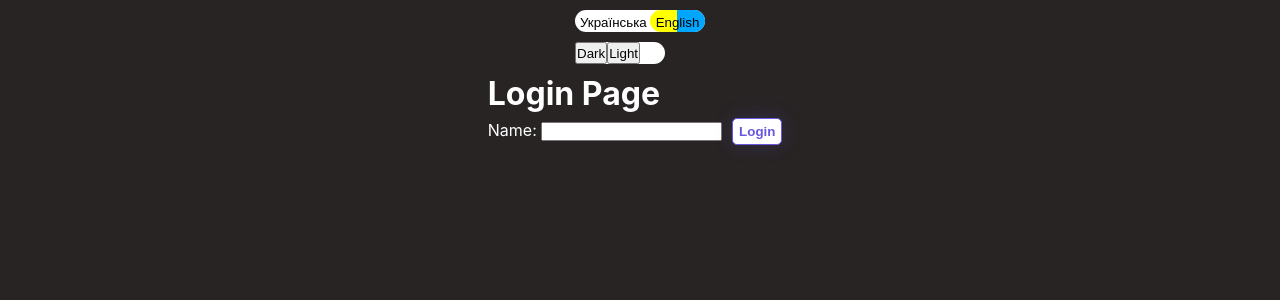
Repository: Novoselets28/star-wars-hooks
Page: /people
These files come from the project's save history. The page is drawn as it stood at one moment and after the next save; the edit follows.
The browser window is 1280 px wide. The pictures show the whole page.
The project was rebuilt for these pictures with package versions that can differ from the ones it lists, and the page was loaded fresh each time. Also part of the build but not shown: src/components/HomePage.jsx, src/components/People/CurrentPeople.jsx, src/components/People/PeopleList.jsx, src/components/People/People.jsx, src/components/Planets/CurrentPlanet.jsx, src/components/Planets/PlanetsList.jsx, src/components/Planets/Planets.jsx, src/components/Starships/CurrentStarship.jsx and 3 more.

Above is the page before, as saved 2023-03-27 20:31:12.

After the next save:
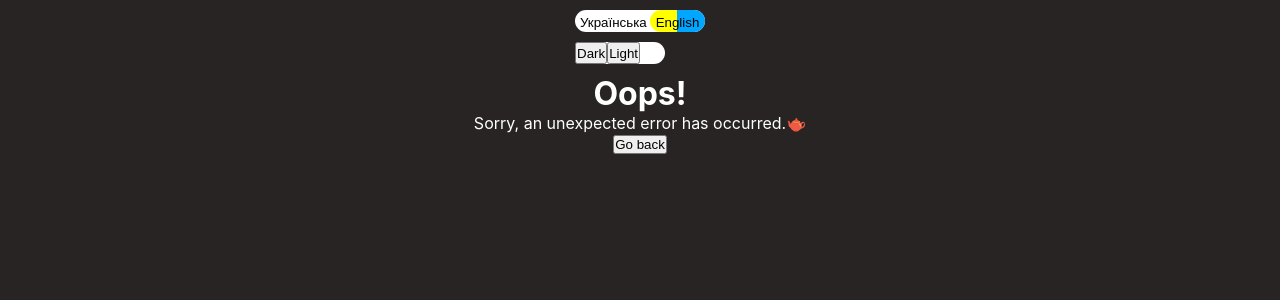
Saved 7 s later.
--- a/src/App.js
+++ b/src/App.js
@@ -31,7 +31,7 @@ function App() {
                 <AuthProvider>
                   <Header/>
                   <Routes>
-                    <Route path="login" element={<LoginPage/>}/>
+                    {/* <Route path="login" element={<LoginPage/>}/> */}
                       <Route path='*' element={<ErrorPage/>} />
                       <Route path='/' element={
                         <RequireAuth>
